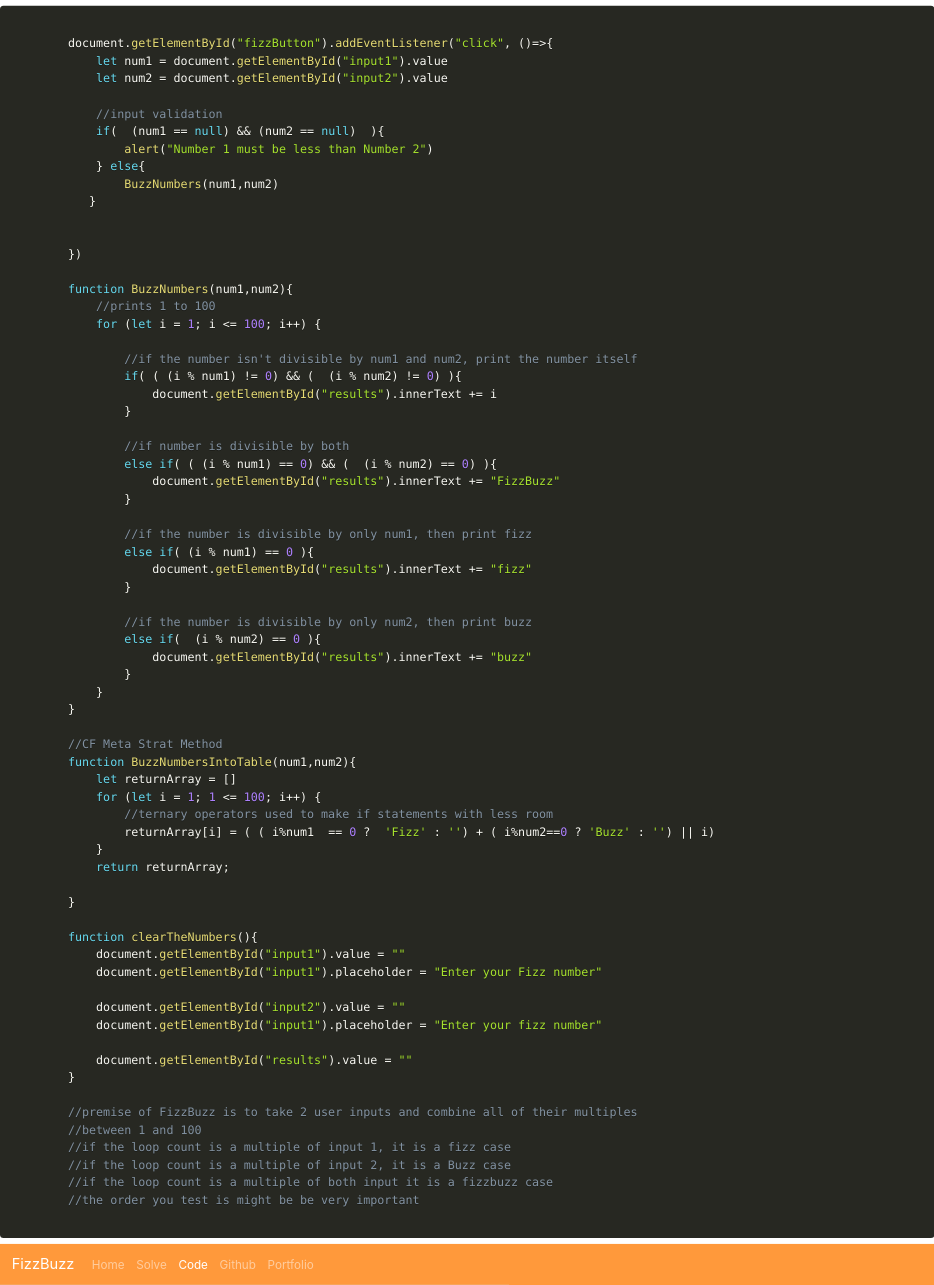
Repository: zhadjah9559/FizzBuzz
Page: code.html
These files come from the project's save history. The page is drawn as it stood at one moment and after the next save; the edit follows.
The browser window is 1280 px wide. The pictures show the whole page, at 73% of full size.

Above is the page before, as saved 2021-01-12 15:20:09.

### code.html
<!doctype html>
<html lang="en">
  <head>
    <title>Title</title>
    <!-- Required meta tags -->
    <meta charset="utf-8">
    <meta name="viewport" content="width=device-width, initial-scale=1, shrink-to-fit=no">

    <!-- Bootstrap CSS -->
    <link rel="stylesheet" href="https://stackpath.bootstrapcdn.com/bootstrap/4.3.1/css/bootstrap.min.css" integrity="sha384-ggOyR0iXCbMQv3Xipma34MD+dH/1fQ784/j6cY/iJTQUOhcWr7x9JvoRxT2MZw1T" crossorigin="anonymous">
    <link rel="stylesheet" href="css/prism.css">


</head>
  <body>

    <pre><code class="language-javascript">
        document.getElementById("fizzButton").addEventListener("click", ()=>{
            let num1 = document.getElementById("input1").value
            let num2 = document.getElementById("input2").value

            //input validation
            if(  (num1 == null) && (num2 == null)  ){
                alert("Number 1 must be less than Number 2")
            } else{
                BuzzNumbers(num1,num2)
           }


        })

        function BuzzNumbers(num1,num2){
            //prints 1 to 100
            for (let i = 1; i <= 100; i++) {

                //if the number isn't divisible by num1 and num2, print the number itself
                if( ( (i % num1) != 0) && (  (i % num2) != 0) ){
                    document.getElementById("results").innerText += i
                }

                //if number is divisible by both
                else if( ( (i % num1) == 0) && (  (i % num2) == 0) ){
                    document.getElementById("results").innerText += "FizzBuzz"
                }

                //if the number is divisible by only num1, then print fizz
                else if( (i % num1) == 0 ){
                    document.getElementById("results").innerText += "fizz"
                }

                //if the number is divisible by only num2, then print buzz
                else if(  (i % num2) == 0 ){
                    document.getElementById("results").innerText += "buzz"
                }
            }
        }

        //CF Meta Strat Method
        function BuzzNumbersIntoTable(num1,num2){
            let returnArray = []
            for (let i = 1; 1 <= 100; i++) {
                //ternary operators used to make if statements with less room
                returnArray[i] = ( ( i%num1  == 0 ?  'Fizz' : '') + ( i%num2==0 ? 'Buzz' : '') || i)
            }
            return returnArray;

        }

        function clearTheNumbers(){
            document.getElementById("input1").value = ""
            document.getElementById("input1").placeholder = "Enter your Fizz number"

            document.getElementById("input2").value = ""
            document.getElementById("input1").placeholder = "Enter your fizz number"

            document.getElementById("results").value = ""
        }

        //premise of FizzBuzz is to take 2 user inputs and combine all of their multiples
        //between 1 and 100
        //if the loop count is a multiple of input 1, it is a fizz case
        //if the loop count is a multiple of input 2, it is a Buzz case
        //if the loop count is a multiple of both input it is a fizzbuzz case
        //the order you test is might be be very important
    </code></pre>

    <nav class="navbar navbar-expand-sm navbar-dark" style="background-color: #ff993b;">
        <a class="navbar-brand" href="#">FizzBuzz</a>
        <button class="navbar-toggler d-lg-none" type="button" data-toggle="collapse" data-target="#collapsibleNavId" aria-controls="collapsibleNavId"
            aria-expanded="false" aria-label="Toggle navigation"></button>
        <div class="collapse navbar-collapse" id="collapsibleNavId">
            <ul class="navbar-nav mr-auto mt-2 mt-lg-0">
                <li class="nav-item">
                    <a class="nav-link" href="index.html">Home </a>
                </li>
                <li class="nav-item">
                    <a class="nav-link" href="solve.html">Solve </a>
                </li>
                <li class="nav-item">
                    <a class="nav-link active" href="code.html">Code <span class="sr-only">(current)</span></a>
                </li>
                <li class="nav-item">
                    <a class="nav-link" target="_blank" href="https://github.com/zhadjah9559/FizzBuzz">Github</a>
                </li>
                <li class="nav-item">
                    <a class="nav-link" target="_blank" href="https://www.zacharyhadjah.netlify.app">Portfolio</a>
                </li>


            </ul>
        </div>
    </nav>



    <!-- Optional JavaScript -->
    <!-- jQuery first, then Popper.js, then Bootstrap JS -->
    <script src="https://code.jquery.com/jquery-3.3.1.slim.min.js" integrity="sha384-q8i/X+965DzO0rT7abK41JStQIAqVgRVzpbzo5smXKp4YfRvH+8abtTE1Pi6jizo" crossorigin="anonymous"></script>
    <script src="https://cdnjs.cloudflare.com/ajax/libs/popper.js/1.14.7/umd/popper.min.js" integrity="sha384-UO2eT0CpHqdSJQ6hJty5KVphtPhzWj9WO1clHTMGa3JDZwrnQq4sF86dIHNDz0W1" crossorigin="anonymous"></script>
    <script src="https://stackpath.bootstrapcdn.com/bootstrap/4.3.1/js/bootstrap.min.js" integrity="sha384-JjSmVgyd0p3pXB1rRibZUAYoIIy6OrQ6VrjIEaFf/nJGzIxFDsf4x0xIM+B07jRM" crossorigin="anonymous"></script>
    <script src="js/prism.js"></script>


    </body>
</html>

### css/prism.css
/* PrismJS 1.23.0
https://prismjs.com/download.html#themes=prism-okaidia&languages=markup+css+clike+javascript&plugins=line-numbers */
/**
 * okaidia theme for JavaScript, CSS and HTML
 * Loosely based on Monokai textmate theme by http://www.monokai.nl/
 * @author ocodia
 */

code[class*="language-"],
pre[class*="language-"] {
	color: #f8f8f2;
	background: none;
	text-shadow: 0 1px rgba(0, 0, 0, 0.3);
	font-family: Consolas, Monaco, 'Andale Mono', 'Ubuntu Mono', monospace;
	font-size: 1em;
	text-align: left;
	white-space: pre;
	word-spacing: normal;
	word-break: normal;
	word-wrap: normal;
	line-height: 1.5;

	-moz-tab-size: 4;
	-o-tab-size: 4;
	tab-size: 4;

	-webkit-hyphens: none;
	-moz-hyphens: none;
	-ms-hyphens: none;
	hyphens: none;
}

/* Code blocks */
pre[class*="language-"] {
	padding: 1em;
	margin: .5em 0;
	overflow: auto;
	border-radius: 0.3em;
}

:not(pre) > code[class*="language-"],
pre[class*="language-"] {
	background: #272822;
}

/* Inline code */
:not(pre) > code[class*="language-"] {
	padding: .1em;
	border-radius: .3em;
	white-space: normal;
}

.token.comment,
.token.prolog,
.token.doctype,
.token.cdata {
	color: #8292a2;
}

.token.punctuation {
	color: #f8f8f2;
}

.token.namespace {
	opacity: .7;
}

.token.property,
.token.tag,
.token.constant,
.token.symbol,
.token.deleted {
	color: #f92672;
}

.token.boolean,
.token.number {
	color: #ae81ff;
}

.token.selector,
.token.attr-name,
.token.string,
.token.char,
.token.builtin,
.token.inserted {
	color: #a6e22e;
}

.token.operator,
.token.entity,
.token.url,
.language-css .token.string,
.style .token.string,
.token.variable {
	color: #f8f8f2;
}

.token.atrule,
.token.attr-value,
.token.function,
.token.class-name {
	color: #e6db74;
}

.token.keyword {
	color: #66d9ef;
}

.token.regex,
.token.important {
	color: #fd971f;
}

.token.important,
.token.bold {
	font-weight: bold;
}
.token.italic {
	font-style: italic;
}

.token.entity {
	cursor: help;
}

pre[class*="language-"].line-numbers {
	position: relative;
	padding-left: 3.8em;
	counter-reset: linenumber;
}

pre[class*="language-"].line-numbers > code {
	position: relative;
	white-space: inherit;
}

.line-numbers .line-numbers-rows {
	position: absolute;
	pointer-events: none;
	top: 0;
	font-size: 100%;
	left: -3.8em;
	width: 3em; /* works for line-numbers below 1000 lines */
	letter-spacing: -1px;
	border-right: 1px solid #999;

	-webkit-user-select: none;
	-moz-user-select: none;
	-ms-user-select: none;
	user-select: none;

}

	.line-numbers-rows > span {
		display: block;
		counter-increment: linenumber;
	}

		.line-numbers-rows > span:before {
			content: counter(linenumber);
			color: #999;
			display: block;
			padding-right: 0.8em;
			text-align: right;
		}

Loaded but not shown: js/prism.js (library)

After the next save:
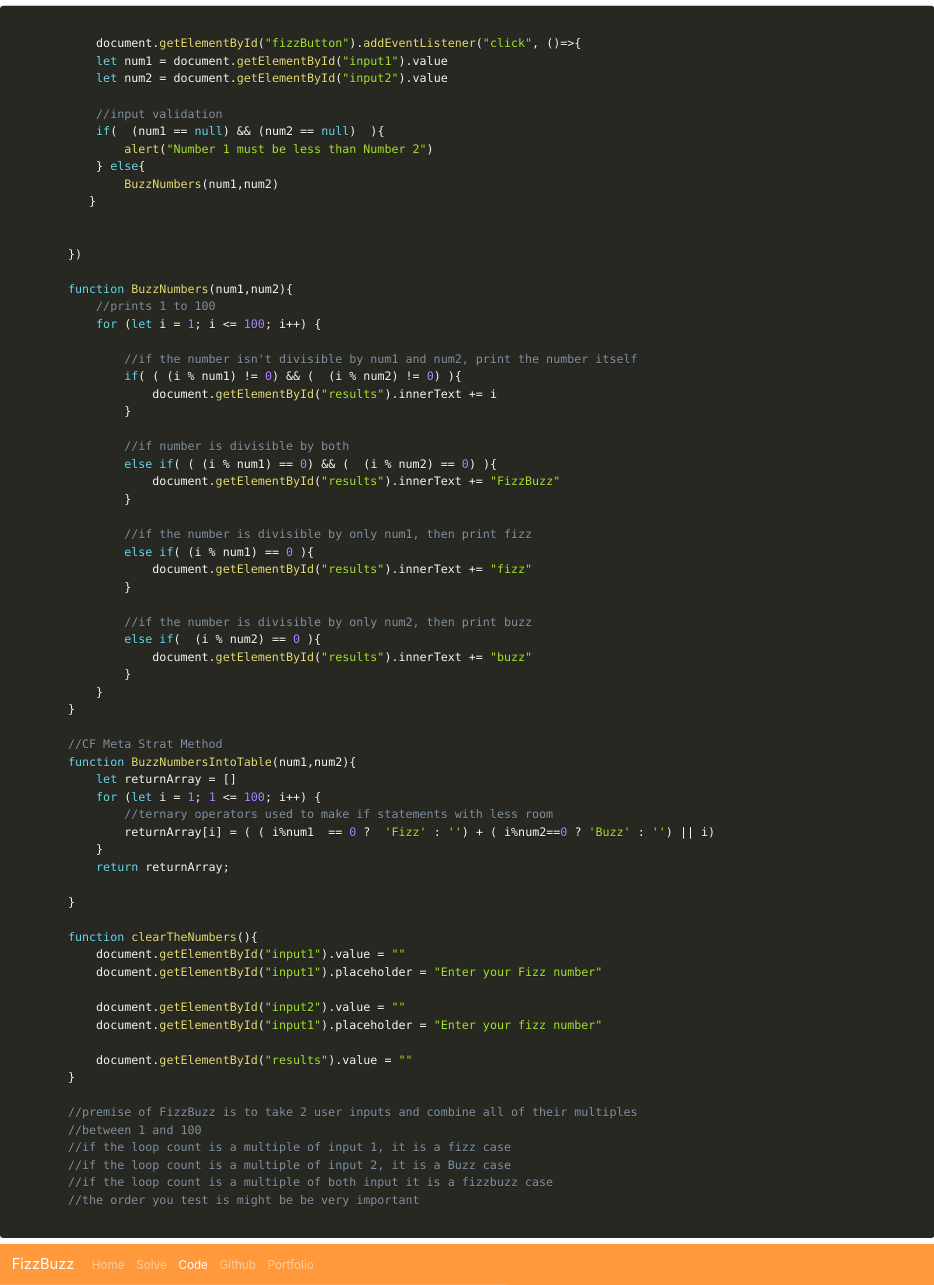
Saved 2 min 47 s later.
--- a/code.html
+++ b/code.html
@@ -15,7 +15,7 @@
   <body>
 
     <pre><code class="language-javascript">
-        document.getElementById("fizzButton").addEventListener("click", ()=>{
+            document.getElementById("fizzButton").addEventListener("click", ()=>{
             let num1 = document.getElementById("input1").value
             let num2 = document.getElementById("input2").value
 
